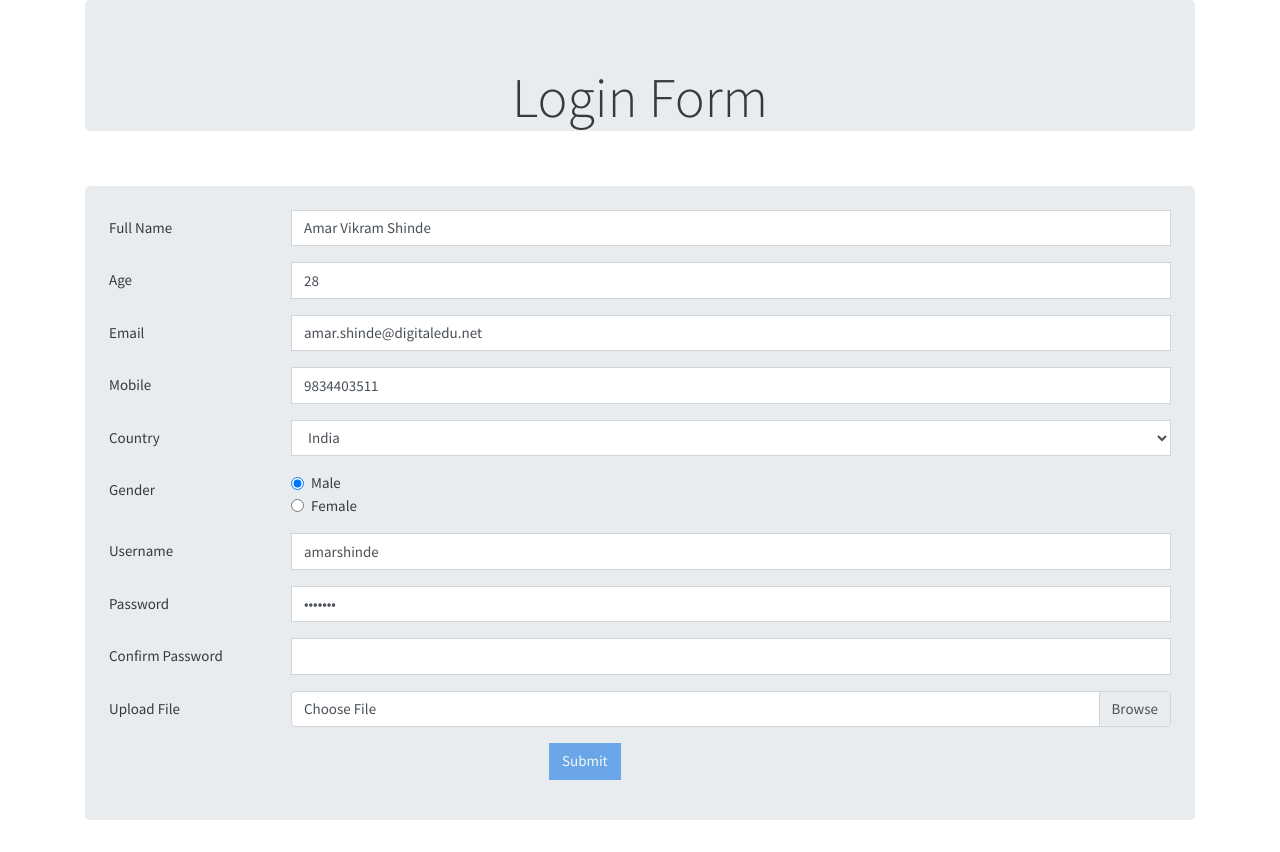
Repository: amar468S/Ng-templateDrivenForm
Page: /
An editor plug-in stored every save of this project. The page is shown before and after the next save, followed by the edit.
The browser window is 1280 px wide. The pictures show the whole page.
Some web libraries are served in a nearby version. The project was rebuilt for these pictures with package versions that can differ from the ones it lists, and the page was loaded fresh each time. Also part of the build but not shown: angular.json.

Above is the page before, as saved 2019-02-03 22:43:06.

### src/index.html
<!doctype html>
<html lang="en">
<head>
  <meta charset="utf-8">
  <title>NgTemplateForms</title>
  <base href="/">

  <meta name="viewport" content="width=device-width, initial-scale=1">
  <link rel="icon" type="image/x-icon" href="favicon.ico">
  <!-- CSS -->
  <link rel="stylesheet" href="https://stackpath.bootstrapcdn.com/bootstrap/4.2.1/css/bootstrap.min.css" integrity="sha384-GJzZqFGwb1QTTN6wy59ffF1BuGJpLSa9DkKMp0DgiMDm4iYMj70gZWKYbI706tWS" crossorigin="anonymous">
  <link rel="stylesheet" href="https://bootswatch.com/4/cosmo/bootstrap.min.css">
  <!-- JS -->
  <script src="https://code.jquery.com/jquery-3.3.1.slim.min.js" integrity="sha384-q8i/X+965DzO0rT7abK41JStQIAqVgRVzpbzo5smXKp4YfRvH+8abtTE1Pi6jizo" crossorigin="anonymous"></script>
  <script src="https://cdnjs.cloudflare.com/ajax/libs/popper.js/1.14.6/umd/popper.min.js" integrity="sha384-wHAiFfRlMFy6i5SRaxvfOCifBUQy1xHdJ/yoi7FRNXMRBu5WHdZYu1hA6ZOblgut" crossorigin="anonymous"></script>
  <script src="https://stackpath.bootstrapcdn.com/bootstrap/4.2.1/js/bootstrap.min.js" integrity="sha384-B0UglyR+jN6CkvvICOB2joaf5I4l3gm9GU6Hc1og6Ls7i6U/mkkaduKaBhlAXv9k" crossorigin="anonymous"></script>

</head>
<body>
  <app-root></app-root>
</body>
</html>

### src/app/app.component.ts
import { Component } from '@angular/core';
import { UserForm } from './UserForm';

@Component({
  selector: 'app-root',
  templateUrl: './app.component.html',
  styleUrls: ['./app.component.css']
})
export class AppComponent {

    userForm:UserForm

    constructor(){
      this.userForm = new UserForm();
    }

    login(userForm) {
      console.log(userForm.form.value);
      this.userForm = new UserForm();
    }
}

### src/app/app.component.html
<div class="container">
    <div class="jumbotron pb-0">
      <p class="display-4 text-center mb-0">Login Form</p>
    </div>
    <br>
  <div class="jumbotron p-4">
  <form #usrForm="ngForm" (ngSubmit)="login(usrForm)" novalidate>
      <div class="form-group row">
          <label class="col-sm-2 col-form-label">Full Name</label>
          <div class="col-sm-10">
            <input type="text" class="form-control" [ngClass]="(fullName.dirty && fullName.invalid) ? 'is-invalid':''" placeholder="Enter Full Name"
            name="fullname" [(ngModel)]="userForm.fullName" #fullName="ngModel" required>
            <small class="invalid-feedback">This field can't be empty</small>
          </div>
      </div>
      <div class="form-group row">
          <label class="col-sm-2 col-form-label">Age</label>
          <div class="col-sm-10">
            <input type="number" class="form-control" [ngClass]="age.dirty && age.invalid ? 'is-invalid':''" placeholder="Enter Age"
            name="age" [(ngModel)]="userForm.age" #age="ngModel" required>
            <small class="invalid-feedback">This field can't be empty</small>
          </div>
      </div>
       <div class="form-group row">
          <label class="col-sm-2 col-form-label">Email</label>
          <div class="col-sm-10">
            <input type="email" class="form-control" [ngClass]="email.dirty && email.invalid ? 'is-invalid':''" placeholder="Enter Email"
            name="email" [(ngModel)]="userForm.email" #email="ngModel" required>
            <small class="invalid-feedback" *ngIf="email.dirty && email.invalid">This field can't be empty</small>
          </div>
      </div>
      <div class="form-group row">
          <label class="col-sm-2 col-form-label">Mobile</label>
          <div class="col-sm-10">
            <input type="text" class="form-control" [ngClass]="mobile.dirty && mobile.invalid ? 'is-invalid':''" placeholder="Enter Mobile"
            name="mobile" [(ngModel)]="userForm.mobile" #mobile="ngModel" required minlength="10">
            <div *ngIf="mobile.dirty && mobile.invalid">
              <small class="invalid-feedback" *ngIf="mobile.errors.required">This field can't be empty</small>
              <small class="invalid-feedback" *ngIf="mobile.errors.minlength">This field must contain minimum 10 characters</small>
            </div>
          </div>
      </div>
      <div class="form-group row">
          <label class="col-sm-2 col-form-label">Country</label>
          <div class="col-sm-10">
            <select class="form-control" name="country" [ngClass]="country.dirty && country.invalid ? 'is-invalid':''"
              [(ngModel)]="userForm.country" #country="ngModel" required>
              <option value="">Select Country</option>
              <option value="India">India</option>
              <option value="Sri Lanka">Sri Lanka</option>
              <option value="Bangladesh">Bangladesh</option>
              <option value="Nepal">Nepal</option>
            </select>
            <small class="invalid-feedback">Please select country</small>
          </div>
      </div>
      <div class="form-group row">
          <label class="col-sm-2 col-form-label">Gender</label>
          <div class="col-sm-10">
            <div class="form-check">
              <input class="form-check-input" type="radio"
                name="gender" value="Male" [checked]="(userForm.gender=='Male')?'checked':''">
              <label class="form-check-label">Male</label>
            </div>
            <div class="form-check">
                <input class="form-check-input" type="radio"
                name="gender" value="Female" [checked]="(userForm.gender=='Female')?'checked':''">
                <label class="form-check-label">Female</label>
            </div>
          </div>
      </div>
      <div class="form-group row">
          <label class="col-sm-2 col-form-label">Username</label>
          <div class="col-sm-10">
            <input type="text" class="form-control" [ngClass]="username.dirty && username.invalid ? 'is-invalid':''" placeholder="Enter Username"
            name="username" [(ngModel)]="userForm.username" #username="ngModel" required>
            <small class="invalid-feedback">This field can't be empty</small>
          </div>
      </div>
      <div class="form-group row">
          <label class="col-sm-2 col-form-label">Password</label>
          <div class="col-sm-10">
            <input type="password" class="form-control" [ngClass]="password.dirty && password.invalid ? 'is-invalid':''" placeholder="Enter Password"
            name="password" [(ngModel)]="userForm.password" #password="ngModel">
            <small class="invalid-feedback">This field can't be empty</small>
          </div>
      </div>
      <div class="form-group row">
          <label class="col-sm-2 col-form-label">Confirm Password</label>
          <div class="col-sm-10">
            <input type="password" class="form-control" name="confirmPassword" [(ngModel)]="userForm.confirmPassword" #confirmPassword="ngModel" [ngClass]="{'is-invalid': confirmPassword.dirty && confirmPassword.invalid }" required />
            <div *ngIf="confirmPassword.dirty && confirmPassword.invalid" class="invalid-feedback">
                <div *ngIf="confirmPassword.errors.required">Confirm Password is required</div>
            </div>
          </div>
      </div>
      <div class="form-group row">
        <label for="" class="col-sm-2 col-form-label">Upload File</label>
        <div class="input-group col-sm-10">
          <div class="custom-file">
            <input type="file" class="custom-file-input">
            <label class="custom-file-label">Choose File</label>
          </div>
        </div>
      </div>
      <div class="form-group row">
          <label class="col-sm-5 col-form-label"></label>
          <div>
            <input type="submit" class="btn btn-primary" [disabled]="usrForm.form.invalid">
          </div>
      </div>
  </form>
  </div>

</div>

### src/app/UserForm.ts
export class UserForm {
    fullName:string;
    age:string;
    email:string;
    mobile:string;
    country:string;
    gender:string;
    username:string;
    password:string;


    constructor(){
        this.fullName = 'Amar Vikram Shinde';
        this.age = '28';
        this.country = 'India';
        this.email = 'amar.shinde@digitaledu.net';
        this.mobile = '9834403511';
        this.username = 'amarshinde';
        this.password = 'amar123';
        this.gender = 'Male';
    }
}

Loaded but not shown: src/styles.css (common file); src/main.ts (common file); src/app/app.module.ts (common file); src/environments/environment.ts (common file); src/app/app.component.css (no stored copy; drawn as an empty file)

After the next save:
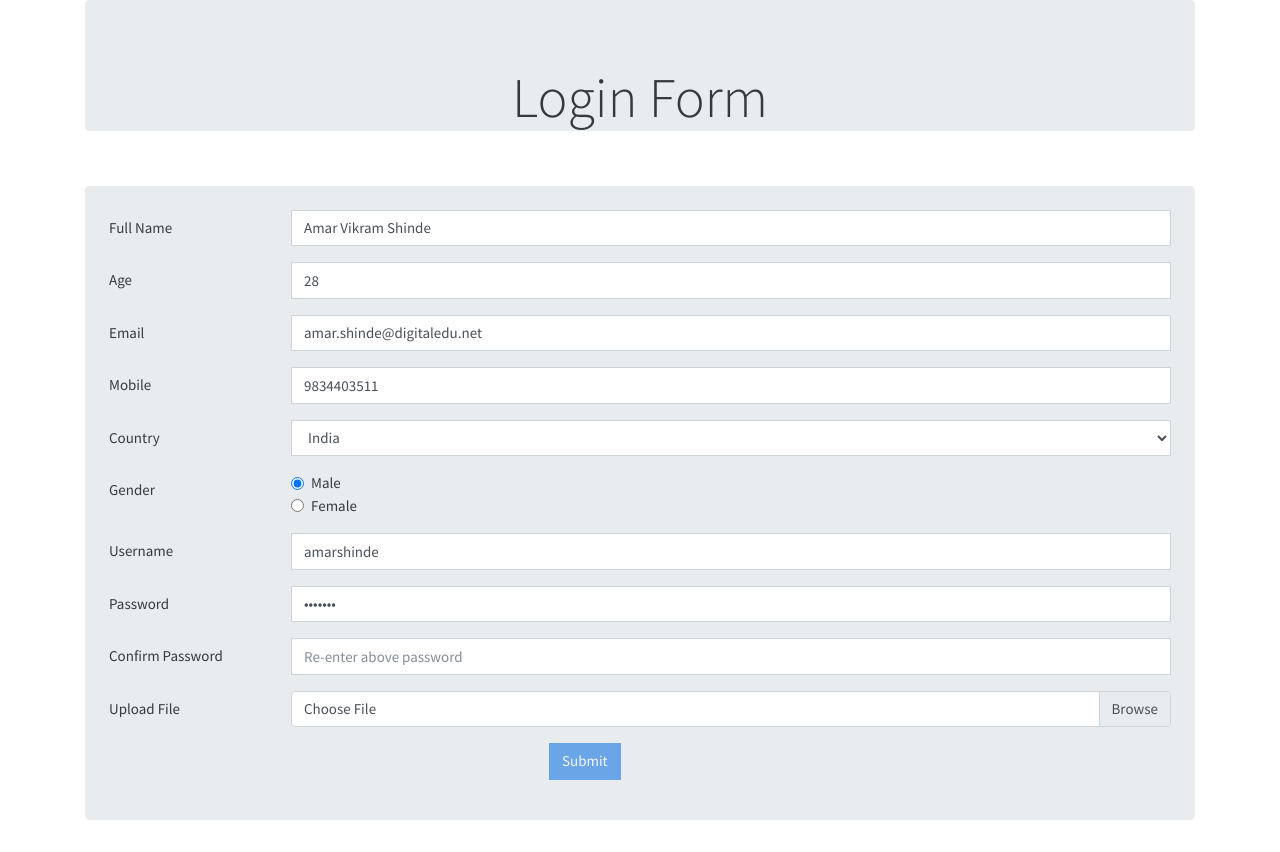
Saved 69 s later.
--- a/src/app/app.component.html
+++ b/src/app/app.component.html
@@ -88,7 +88,8 @@
       <div class="form-group row">
           <label class="col-sm-2 col-form-label">Confirm Password</label>
           <div class="col-sm-10">
-            <input type="password" class="form-control" name="confirmPassword" [(ngModel)]="userForm.confirmPassword" #confirmPassword="ngModel" [ngClass]="{'is-invalid': confirmPassword.dirty && confirmPassword.invalid }" required />
+            <input type="password" class="form-control" name="confirmPassword" placeholder="Re-enter above password"
+              [(ngModel)]="userForm.confirmPassword" #confirmPassword="ngModel" [ngClass]="{'is-invalid': confirmPassword.dirty && confirmPassword.invalid }" required />
             <div *ngIf="confirmPassword.dirty && confirmPassword.invalid" class="invalid-feedback">
                 <div *ngIf="confirmPassword.errors.required">Confirm Password is required</div>
             </div>
